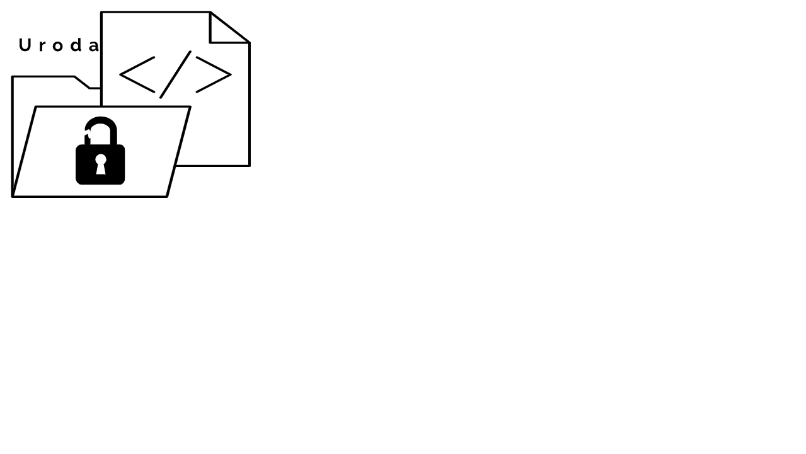
Repository: BartekUroda/portfolio
Page: index.html
An editor plug-in stored every save of this project. The page is shown before and after the next save, followed by the edit.
The browser window is 1280 px wide. The pictures show the whole page, at 63% of full size.
Some web fonts or font styles are not loaded; a fallback is used. Some web libraries are served in a nearby version.

Above is the page before, as saved 2020-10-26 16:58:27.

After the next save:
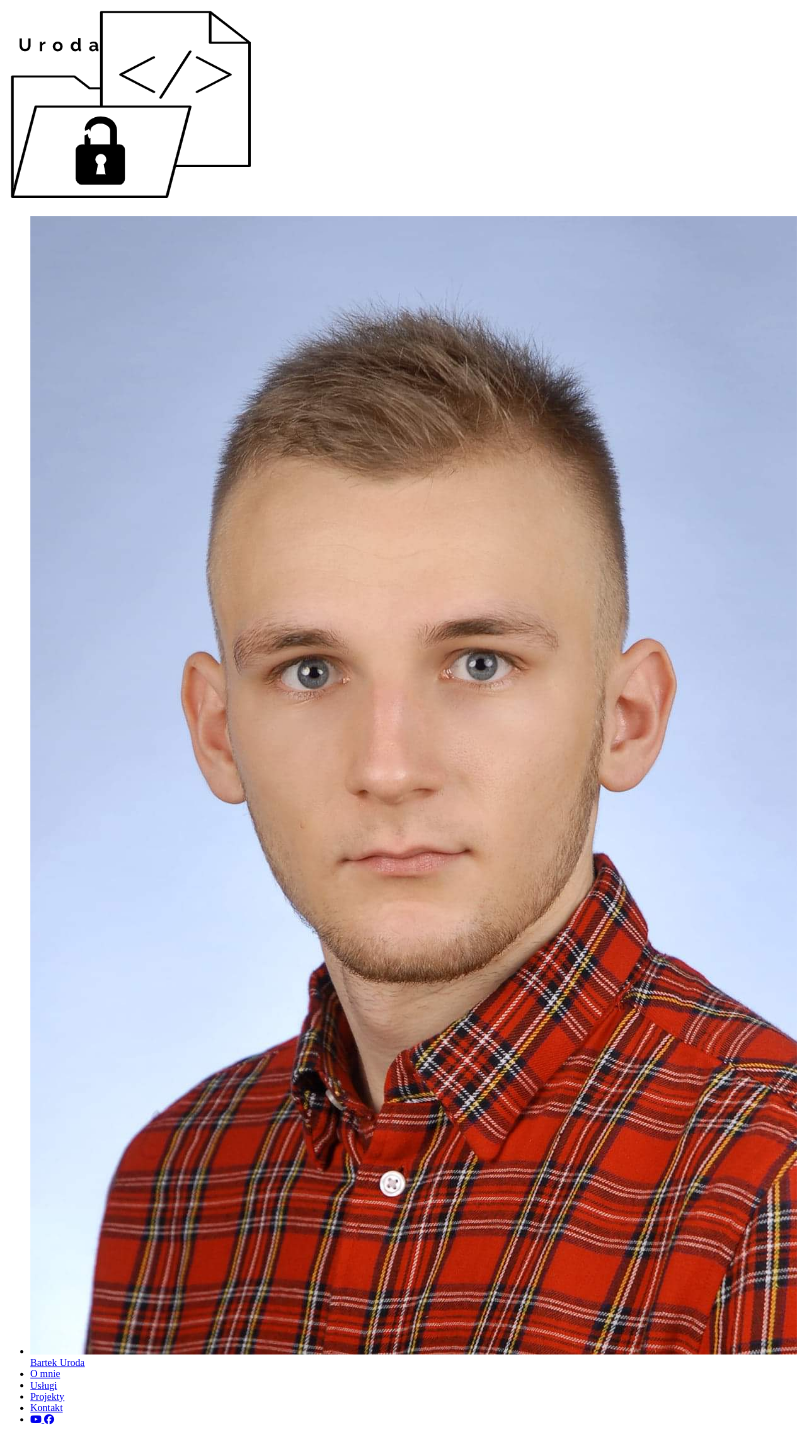
Saved 5 min 3 s later.
--- a/index.html
+++ b/index.html
@@ -16,13 +16,48 @@
             <nav>
                 <div class="nav-brand">
                     <a href="index.html">
-                        <img src="images/logo.png" alt="Logo">
+                        <img src="images/logo.png" alt="Uroda">
                     </a>
                 </div>
                 <div class="burger-menu-icon">
-
+                    <div class="line1"></div>
+                    <div class="line2"></div>
+                    <div class="line3"></div>
                 </div>
+                <ul class="nav-list">
+                    <li class="nav-item">
+                      <a href="#landing-page">
+                        <img
+                          src="images/profile.jpeg"
+                          alt="Bartek Uroda"
+                          class="profile-pic nav-link"
+                        >
+                        <span class="caption nav-link">Bartek Uroda</span>
+                      </a>
+                    </li>
+                    <li class="nav-item">
+                      <a href="#about" class="nav-link">O mnie</a>
+                    </li>
+                    <li class="nav-item">
+                      <a href="#services" class="nav-link">Usługi</a>
+                    </li>
+                    <li class="nav-item">
+                      <a href="#projects" class="nav-link">Projekty</a>
+                    </li>
+                    <li class="nav-item">
+                      <a href="#contact" class="nav-link">Kontakt</a>
+                    </li>
+                    <li class="nav-item">
+                      <a href="https://www.youtube.com/channel/UCzT1h5RNvmbtrmKT5hPjyAg?view_as=subscriber" target="_blank" class="nav-link">
+                        <i class="fab fa-youtube"></i>
+                      </a>
+                      <a href="https://www.facebook.com/bartlomiej.uroda.3" target="_blank" class="nav-link">
+                        <i class="fab fa-facebook"></i>
+                      </a>
+                    </li>
+                  </ul>
             </nav>
         </div>
     </header>
+  </body>
 </html>
